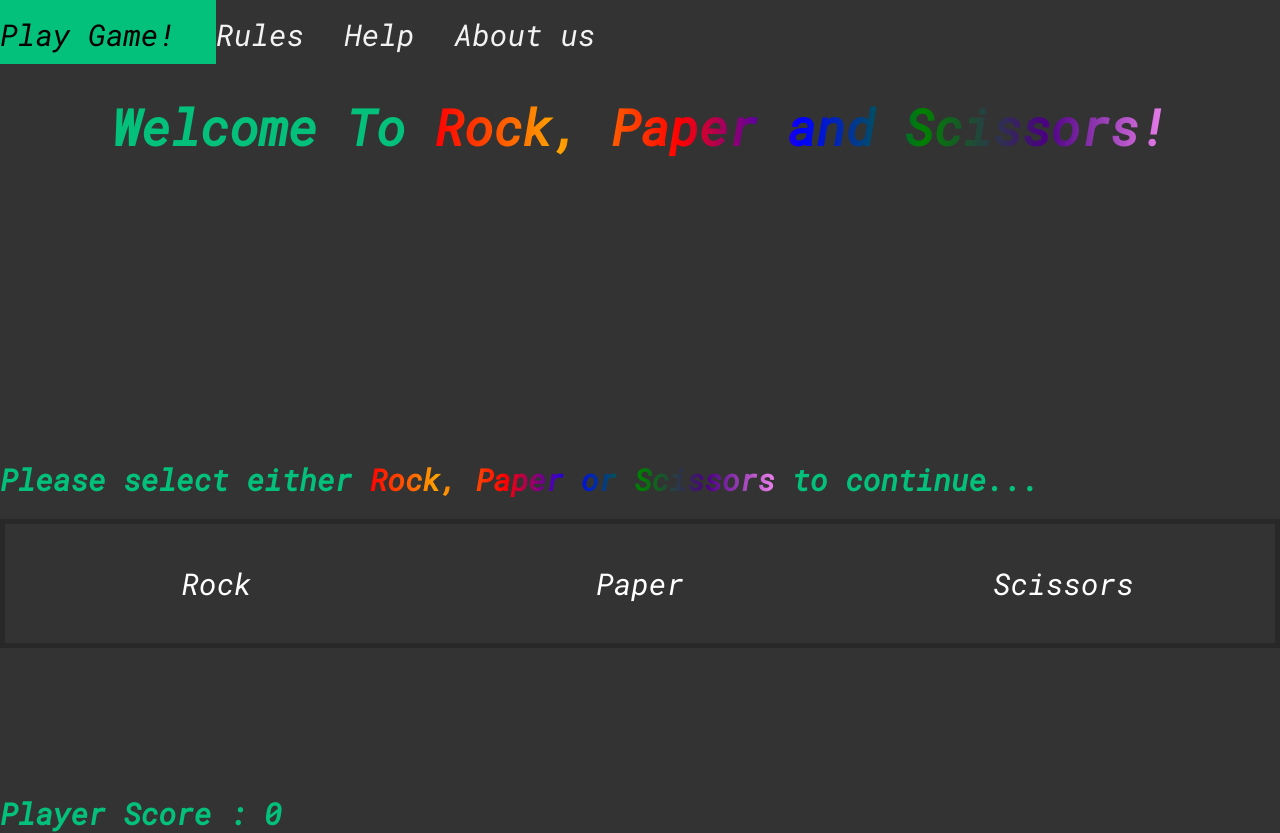
Repository: Ascendrospyder/rock-paper-scissors
Page: app.html
These files come from the project's save history. The page is drawn as it stood at one moment and after the next save; the edit follows.
The browser window is 1280 px wide. The pictures show the whole page.

Above is the page before, as saved 2022-12-26 13:31:52.

After the next save:
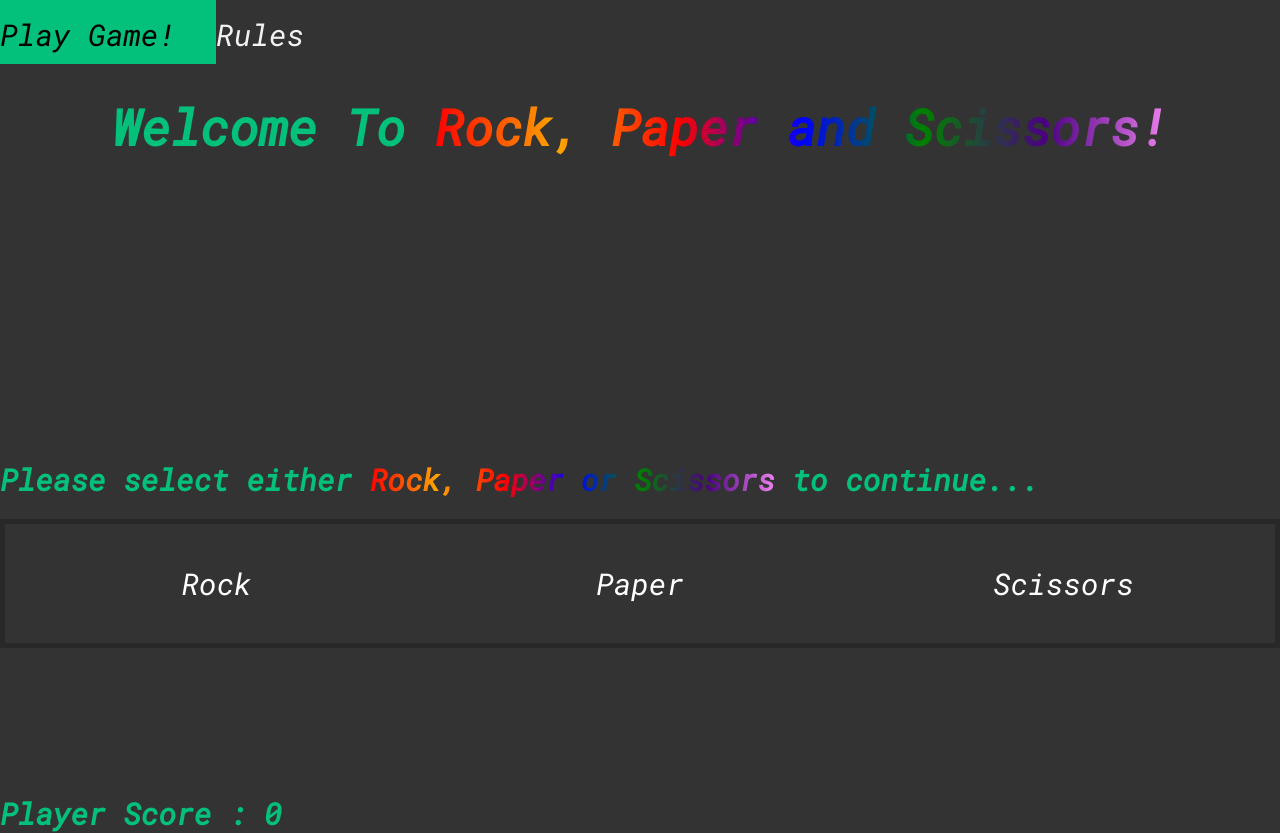
Saved 3 min 17 s later.
--- a/app.html
+++ b/app.html
@@ -15,8 +15,6 @@
     <div class = "nav-bar">
       <a class = "play-game" href = "app.html">Play Game!</a>
       <a class = "game-rules" href = "rulesPage.html">Rules</a>
-      <a class = "help" href = "helpPage.html">Help</a>
-      <a class = "about" href= "aboutPage.html">About us</a>
     </div>
   </nav>
 
